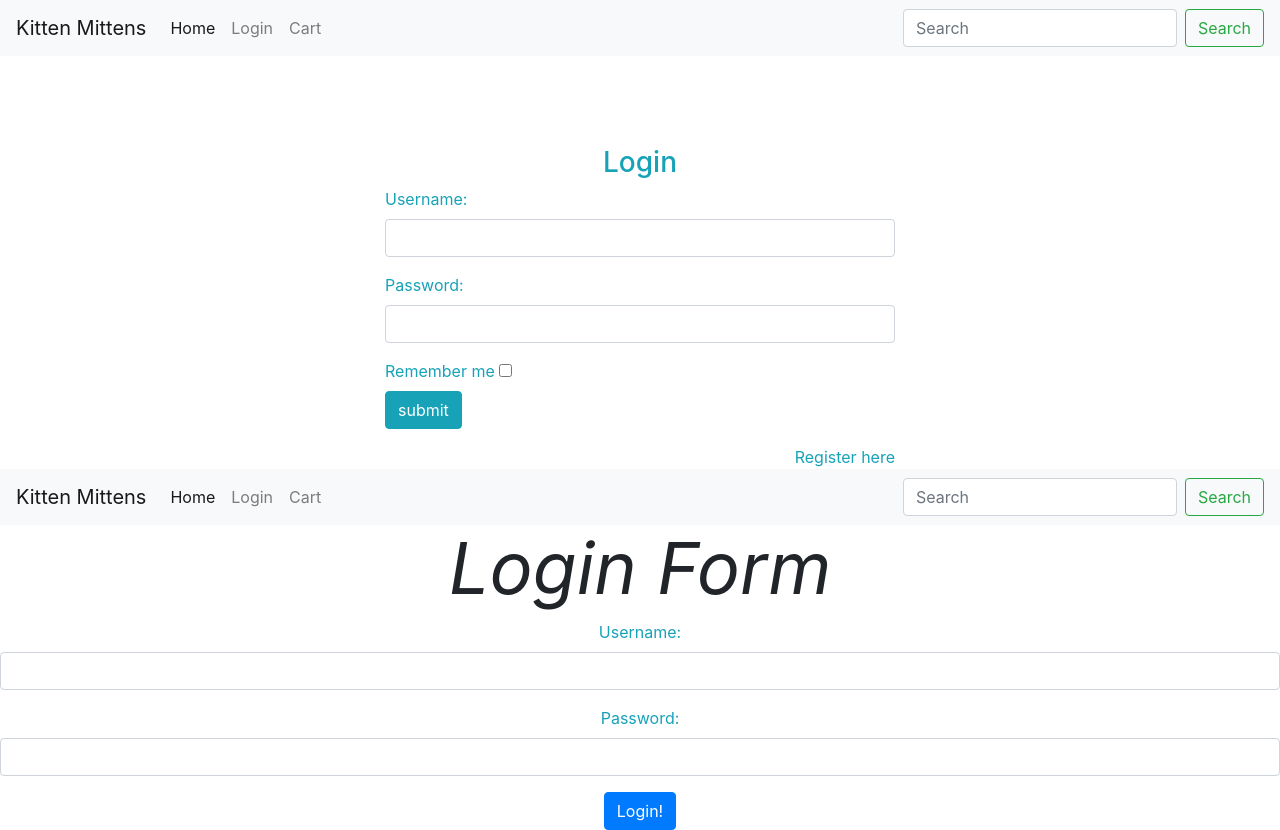
Repository: Janellle/KittenMittens
Page: http://localhost/login
The author's editor kept a record of every edit. The page is drawn from the files as they stood at one moment, then again after the next edit.
The browser window is 1280 px wide. The pictures show the whole page.
The page is served by the project's Node server (app.js).

Above is the page before.
Not found: js/functions.js
Not found: rps.js

### views/login.ejs
<%- include('partials/header.ejs') %>
        <body>
    <div id="login">
        <h3 class="text-center text-white pt-5">Login form</h3>
        <div class="container">
            <div id="login-row" class="row justify-content-center align-items-center">
                <div id="login-column" class="col-md-6">
                    <div id="login-box" class="col-md-12">
                        <form id="login-form" class="form" action="" method="post">
                            <h3 class="text-center text-info">Login</h3>
                            <div class="form-group">
                                <label for="username" class="text-info">Username:</label><br>
                                <input type="text" name="username" id="username" class="form-control">
                            </div>
                            <div class="form-group">
                                <label for="password" class="text-info">Password:</label><br>
                                <input type="text" name="password" id="password" class="form-control">
                            </div>
                            <div class="form-group">
                                <label for="remember-me" class="text-info"><span>Remember me</span> <span><input id="remember-me" name="remember-me" type="checkbox"></span></label><br>
                                <input type="submit" name="submit" class="btn btn-info btn-md" value="submit">
                            </div>
                            <div id="register-link" class="text-right">
                                <a href="#" class="text-info">Register here</a>
                            </div>
                        </form>
                    </div>
                </div>
            </div>
        </div>
    </div>
</body>
    </body>
</html>
<%- include('partials/header.ejs') %>
        <h1 class="text-center display-3"><strong><i>Login Form</i></strong></h1>

        <div class="text-center">
            <div class="form-group">
                <label for="username" class="text-info">Username:</label><br>
                <input type="text" name="username" id="username" class="form-control">
                </div>
            <div class="form-group">
                <label for="password" class="text-info">Password:</label><br>
                <input type="password" name="password" id="password" class="form-control">
            </div>
            <button class="btn btn-primary" id="loginBtn">Login!</button>
    </body>
    <script>
                $(document).ready(function() {


                    $("#loginBtn").on("click", function(){

                        //alert("works!");

                        $.ajax({

                              method: "POST",
                                 url: "/loginProcess",
                            dataType: "JSON",
                                data: { "username":$("#username").val(),
                                        "password":$("#password").val() },
                             success: function(result,status) {
                                //alert(result);
                                if (!result) {

                                    alert("Wrong credentials!");

                                } else {

                                    location.href = "/admin"; //redirects to admin route

                                }
                            }

                        });//ajax

                    });//click

                }); //document.ready

        </script>
</html>

### views/partials/header.ejs
<!DOCTYPE html>
<html>
    <head>
        <title> Kitten Mittens</title>
        <script language="javascript" type="text/javascript" src="rps.js"></script>
        <link rel="stylesheet" href="https://stackpath.bootstrapcdn.com/bootstrap/4.4.1/css/bootstrap.min.css" integrity="sha384-Vkoo8x4CGsO3+Hhxv8T/Q5PaXtkKtu6ug5TOeNV6gBiFeWPGFN9MuhOf23Q9Ifjh" crossorigin="anonymous">
        <link rel = "stylesheet" href="css/styles.css">
        <link rel = "stylesheet" href="js/functions.js">
        <script src="https://ajax.googleapis.com/ajax/libs/jquery/3.4.1/jquery.min.js"></script>
    </head>

    <body>
        <nav class="navbar navbar-expand-lg navbar-light bg-light">
              <a class="navbar-brand" href="/">Kitten Mittens</a>
              <button class="navbar-toggler" type="button" data-toggle="collapse" data-target="#navbarTogglerDemo02" aria-controls="navbarTogglerDemo02" aria-expanded="false" aria-label="Toggle navigation">
                <span class="navbar-toggler-icon"></span>
              </button>

              <div class="collapse navbar-collapse" id="navbarTogglerDemo02">
                <ul class="navbar-nav mr-auto mt-2 mt-lg-0">
                  <li class="nav-item active">
                    <a class="nav-link" href="/">Home</a>
                  </li>
                  <li class="nav-item">
                    <a class="nav-link" href="/login">Login</a>
                  </li>
                  <li class="nav-item">
                    <a class="nav-link" href="/cart">Cart</a>
                  </li>
                </ul>
            <form class="form-inline my-2 my-lg-0" action="productPage">
              <input class="form-control mr-sm-2" type="search" placeholder="Search">
                <a><button class="btn btn-outline-success my-2 my-sm-0" type="submit">Search</button></a>
            </form>
              </div>
        </nav>

### app.js
const express = require("express");
const mysql   = require("mysql");
const app = express();
const {Client} = require('pg');
//const session = require('express-session');

app.set("view engine", "ejs");
app.use(express.static("public")); //folder for images, css, js
app.use(express.urlencoded()); //use to parse data sent using the POST method

app.get("/", async function(req, res){
    res.render("index");
}); //root

app.get("/login", async function(req, res){
    res.render("login");

}); // login

app.get("/search", async function(req, res){
    res.render("search");
}); // search

app.get("/cart", async function(req,res){
    res.render("cart");
});

app.get("/productPage", async function(req,res){
    res.render("productPage");
});

app.get("/productView", async function(req,res){
    res.render("productView");
});

app.get("/admin", async function(req,res){
    res.render("admin");
});

/*
app.get("/cart", async function(req, res){
    let rows = await getCartShoes();
    //let rowsSecond = await getCartNonPlanets();
    //res.render("cart", {"cartPlanets":rows, "cartNonPlanets":rowsSecond});
    res.render("cart", {"cartShoes":rows})
});
app.get("/clearCart", async function(req, res){
    clearCart();
    let rows = await getCartShoes();
    res.render("cart", {"cartShoes":rows});
});
*/

//values in red must be updated
function dbConnection(){

   let conn = mysql.createConnection({
                 host: "ec2-18-213-176-229.compute-1.amazonaws.com",
                 user: "hptikosghjykbf",
             password: "78470a52c982fe07849cb7585b2aa82144e535734f330c003241e864cc9995e1",
             database: "ddgvmc8jol14f9"
       }); //createConnection

return conn;

}

//starting server
app.listen(process.env.PORT, process.env.IP, function(){
console.log("Express server is running...");
});

Loaded but not shown: public/css/styles.css (no copy from this time; the picture is the same without it)

After the next edit:
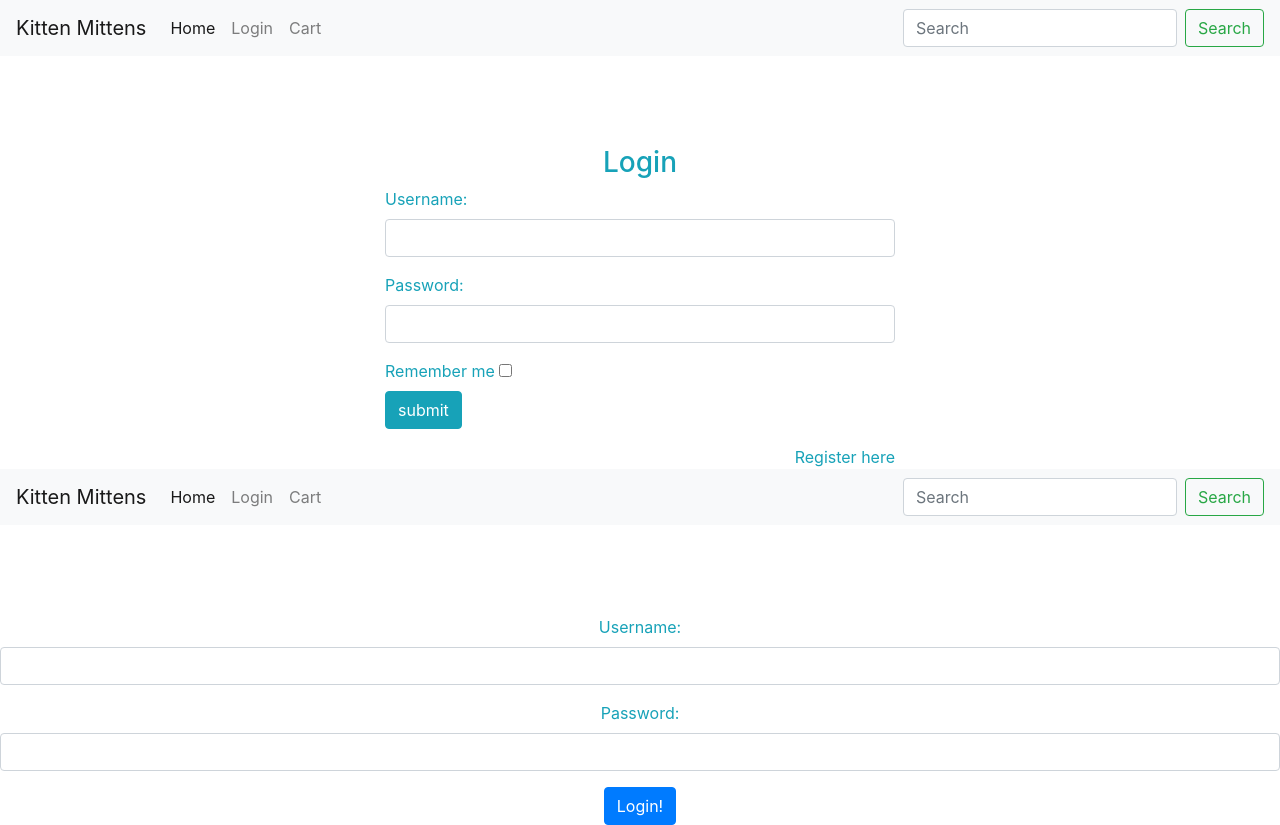
The edit:
--- a/views/login.ejs
+++ b/views/login.ejs
@@ -33,7 +33,7 @@
     </body>
 </html>
 <%- include('partials/header.ejs') %>
-        <h1 class="text-center display-3"><strong><i>Login Form</i></strong></h1>
+        <h3 class="text-center text-white pt-5">Login form</h3>
 
         <div class="text-center">
             <div class="form-group">
